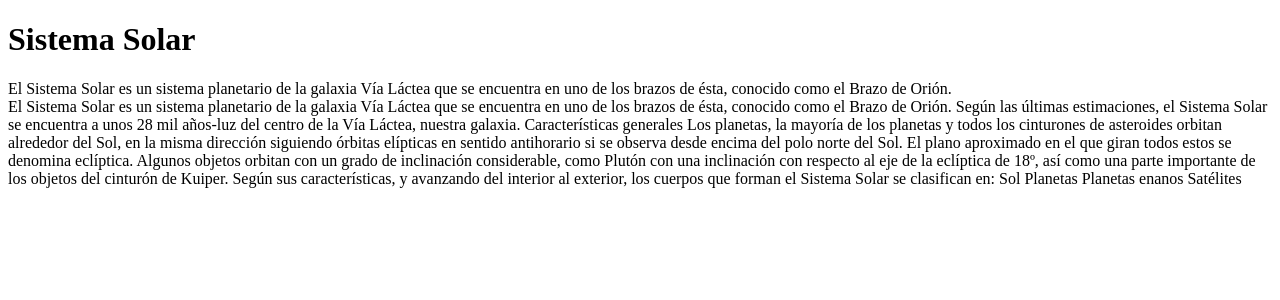
Repository: gustavomanfre/Curso_Front_End_Digitalers
Page: Unidad1/M1 - Laboratorio_02/index.html
The author's editor kept a copy of each file at every save. The page is drawn from the files as they stood at one save, then again after the next save.
The browser window is 1280 px wide. The pictures show the whole page.

Above is the page before, as saved 2022-05-25 20:56:10.

After the next save:
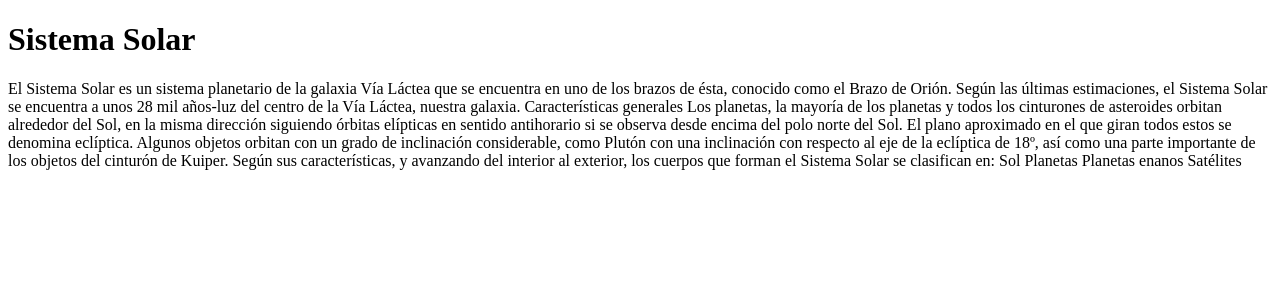
Saved 7 s later.
--- a/Unidad1/M1 - Laboratorio_02/index.html
+++ b/Unidad1/M1 - Laboratorio_02/index.html
@@ -9,7 +9,7 @@
 <body>
     <header>
         <h1>Sistema Solar</h1>
-      <p></p>   El Sistema Solar es un sistema planetario de la galaxia Vía Láctea que se encuentra en uno de los brazos de ésta, conocido como el Brazo de Orión.
+      <p></p>
 
     </header>
 
